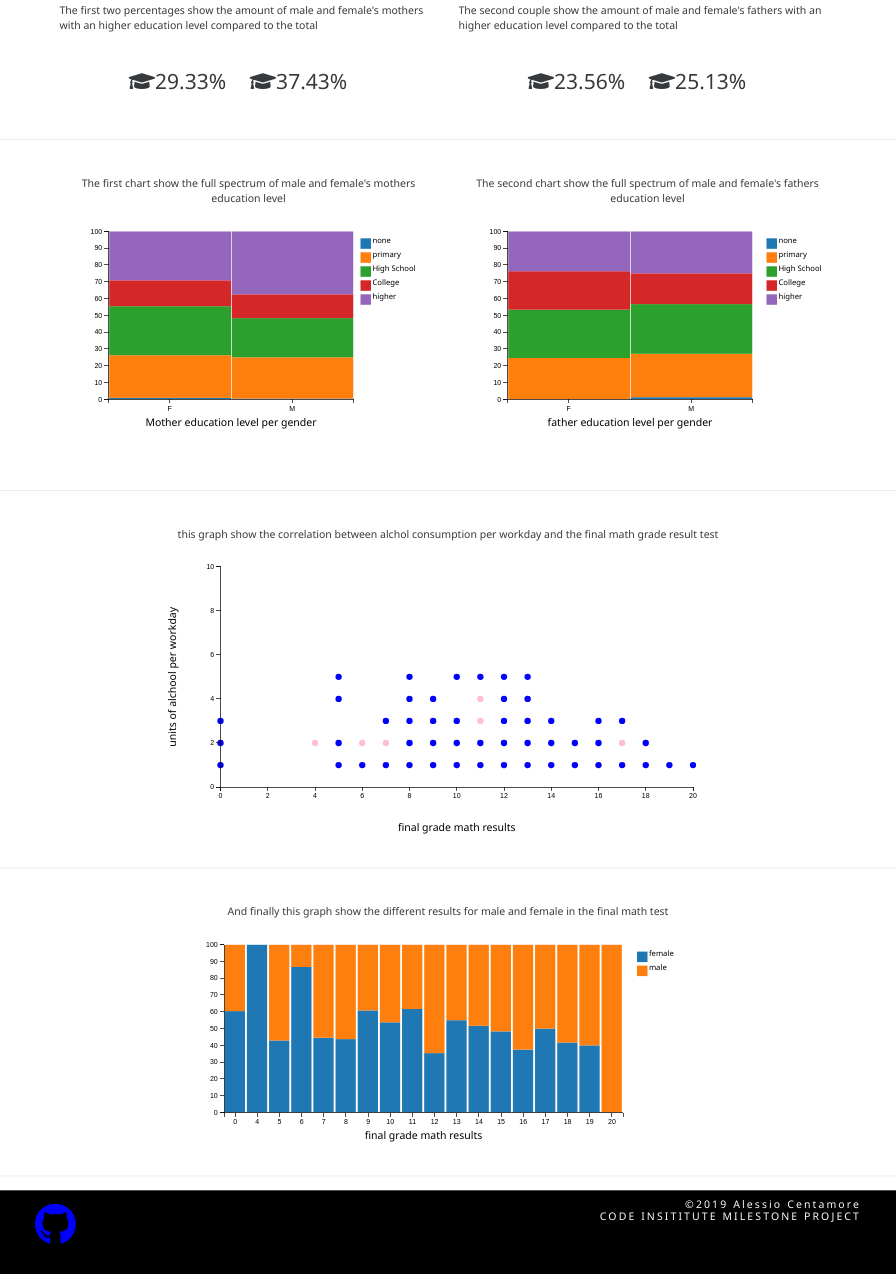
Repository: Baal89/second-milestone-project
Page: index.html
The author's editor kept a record of every edit. The page is drawn from the files as they stood at one moment, then again after the next edit.
The browser window is 1280 px wide. The pictures show the part of the page from y = 1019 to 2939 px (the page is 2839 px tall before and 2939 px after), at 70% of full size.
Some web libraries are served in a nearby version.

Above is the page before.

After the next edit:
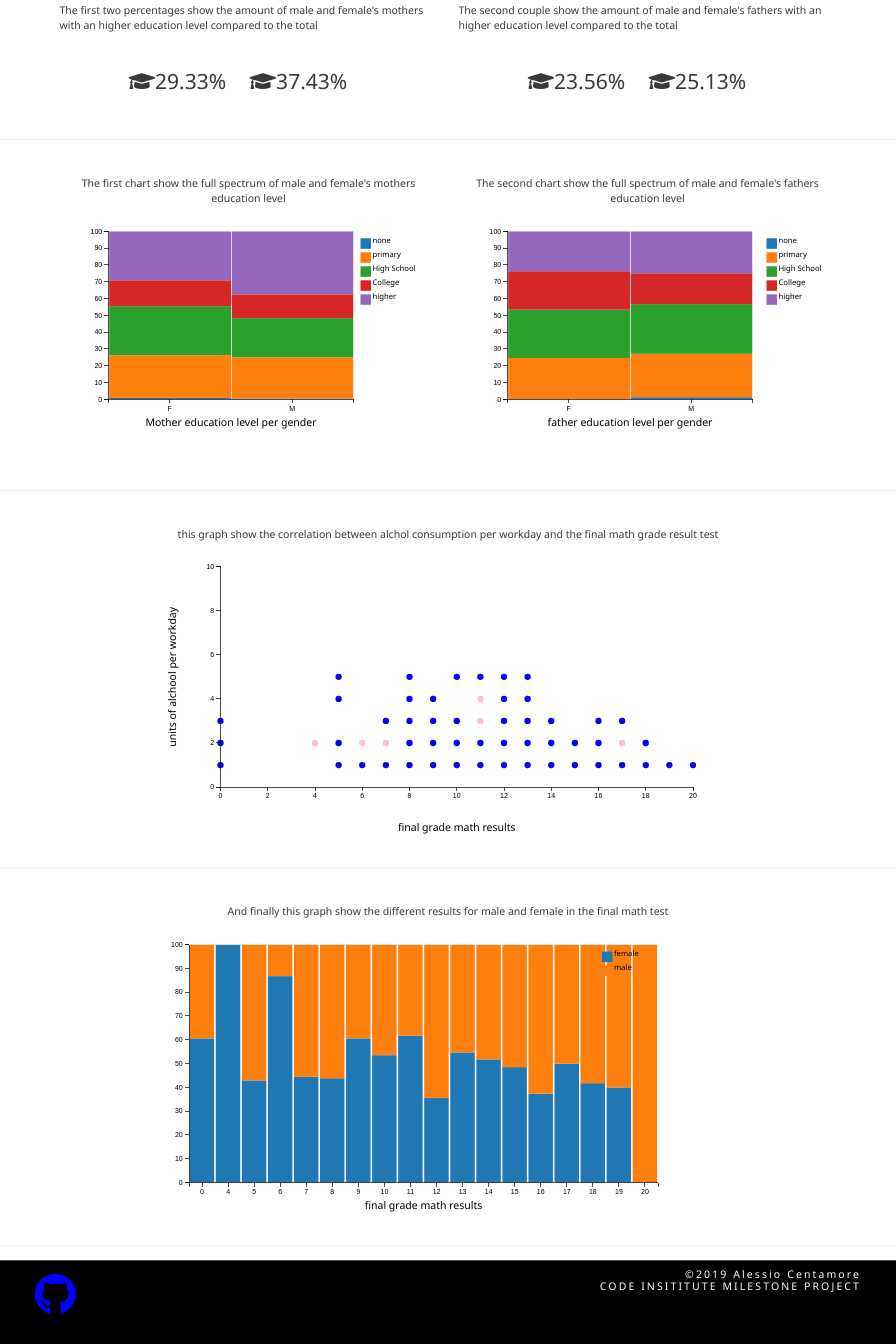
The edit:
--- a/static/js/graph.js
+++ b/static/js/graph.js
@@ -326,8 +326,8 @@
     var malePerformance = schoolPerformance(dim, "M");
 
     dc.barChart("#student-performance")
-        .width(700)
-        .height(300)
+        .width(800)
+        .height(400)
         .dimension(dim)
         .group(femalePerformance, "female")
         .stack(malePerformance, "male")
